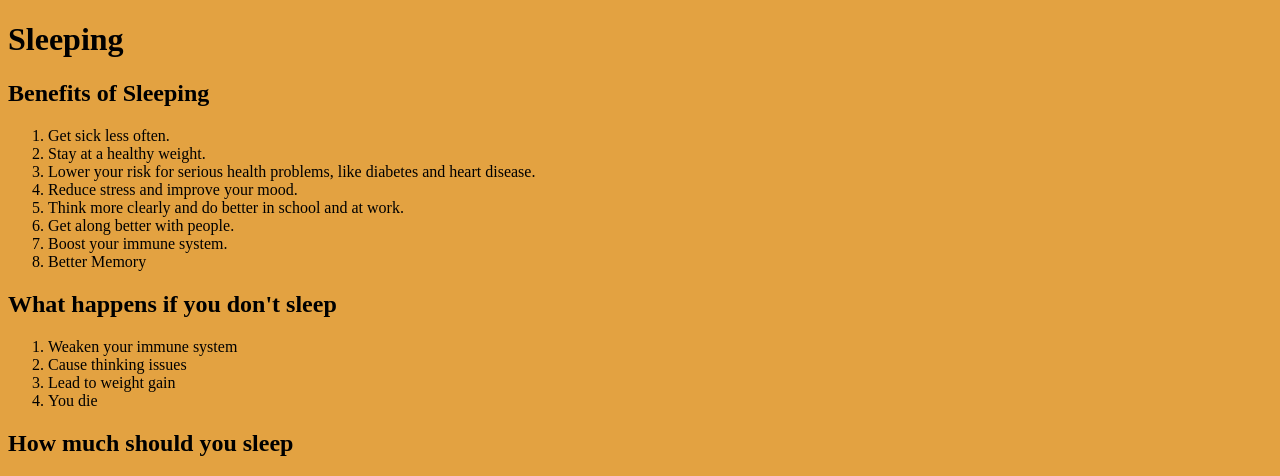
Repository: Darrenyyds/class1
Page: Myhobbies.html
An editor plug-in stored every save of this project. The page is shown before and after the next save, followed by the edit.
The browser window is 1280 px wide. The pictures show the part of the page from y = 0 to 476 px (the page is 1126 px tall).
Pictures or frames that could not be fetched are drawn as grey boxes.

Above is the page before, as saved 2023-02-04 15:10:18.

### Myhobbies.html
<!DOCTYPE html>
<html lang="en">
  <head>
    <title>My Hobbies</title>
    <meta charset="UTF-8" />
    <meta name="viewport" content="width=device-width, initial-scale=1" />
    <link href="Myhobbies.css" rel="stylesheet" />
  </head>
  <body>
    <h1>Sleeping</h1>
    <h2>Benefits of Sleeping</h2>
    <ol>
      <li>Get sick less often.</li>
      <li>Stay at a healthy weight.</li>
      <li>
        Lower your risk for serious health problems, like diabetes and heart
        disease.
      </li>
      <li>Reduce stress and improve your mood.</li>
      <li>Think more clearly and do better in school and at work.</li>
      <li>Get along better with people.</li>
      <li>Boost your immune system.</li>
      <li>Better Memory</li>
    </ol>
    <h2>What happens if you don't sleep</h2>
    <ol>
      <li>Weaken your immune system</li>
      <li>Cause thinking issues</li>
      <li>Lead to weight gain</li>
      <li>You die</li>
    </ol>
    <h2>How much should you sleep</h2>
    <div class="graph">
      <div class="graph-shadow"></div>
    </div>
    <p>
      The graph is self-explanatory, if you still can't understand it, please
      contact a mental doctor
    </p>
  </body>
</html>

### Myhobbies.css
Body {
  background-color: rgb(227, 162, 65);
}
.graph {
  background-image: url(https://www.sleepdr.com/wp-content/uploads/2016/11/Sleep-Duration-Guidelines.png);
  width: 80%;
  height: 600px;
  background-repeat: no-repeat;
  background-size: contain;
  z-index: 1;
}

.graph-shadow {
  position: relative;
  z-index: 2;
  width: 68%;
  height: 100%;
  background-color: rgba(45, 180, 233, 0.3);
}

After the next save:
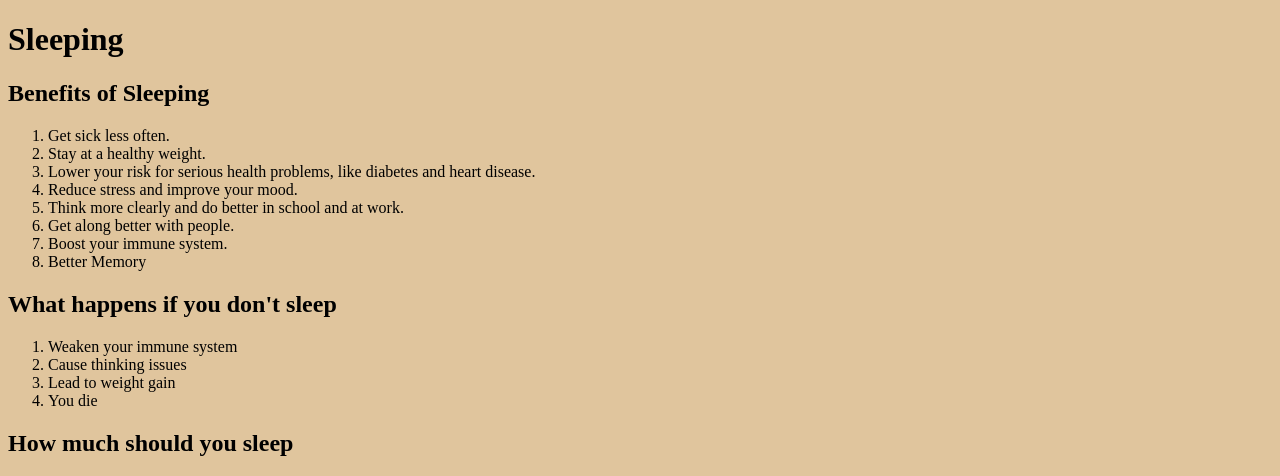
Saved 6 s later.
--- a/Myhobbies.css
+++ b/Myhobbies.css
@@ -1,5 +1,5 @@
 Body {
-  background-color: rgb(227, 162, 65);
+  background-color: rgb(224, 197, 157);
 }
 .graph {
   background-image: url(https://www.sleepdr.com/wp-content/uploads/2016/11/Sleep-Duration-Guidelines.png);
